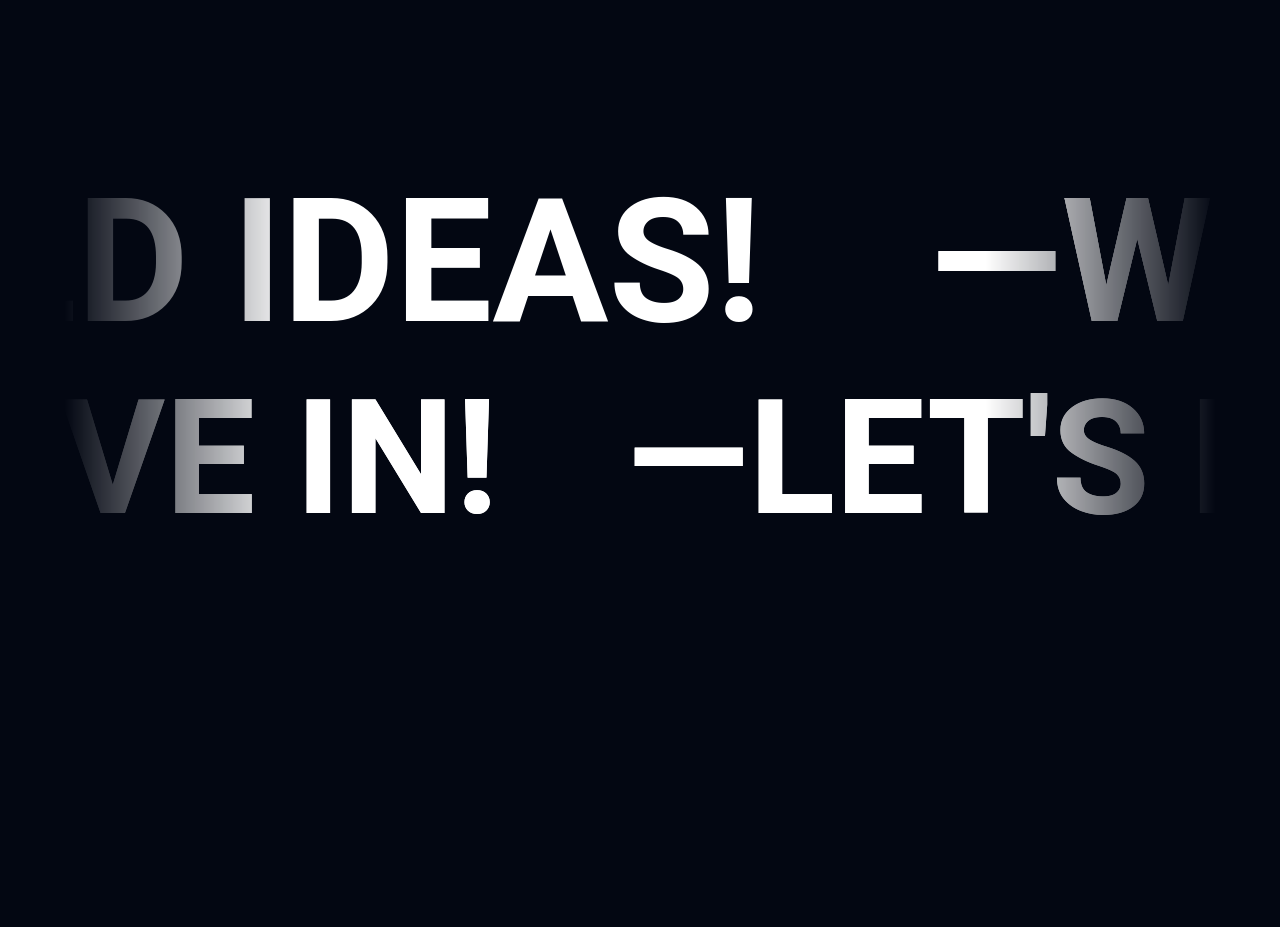
Repository: Anas-Ejaz/GBS-NEW
Page: Ahsan.html
An editor plug-in stored every save of this project. The page is shown before and after the next save, followed by the edit.
The browser window is 1280 px wide. The pictures show the part of the page from y = 0 to 927 px (the page is 2059 px tall).
A picture or video elsewhere on the page could not be fetched, so the positions and the page height are approximate. Some web fonts or font styles are not loaded; a fallback is used.

Above is the page before, as saved 2024-08-31 19:01:55.

After the next save:
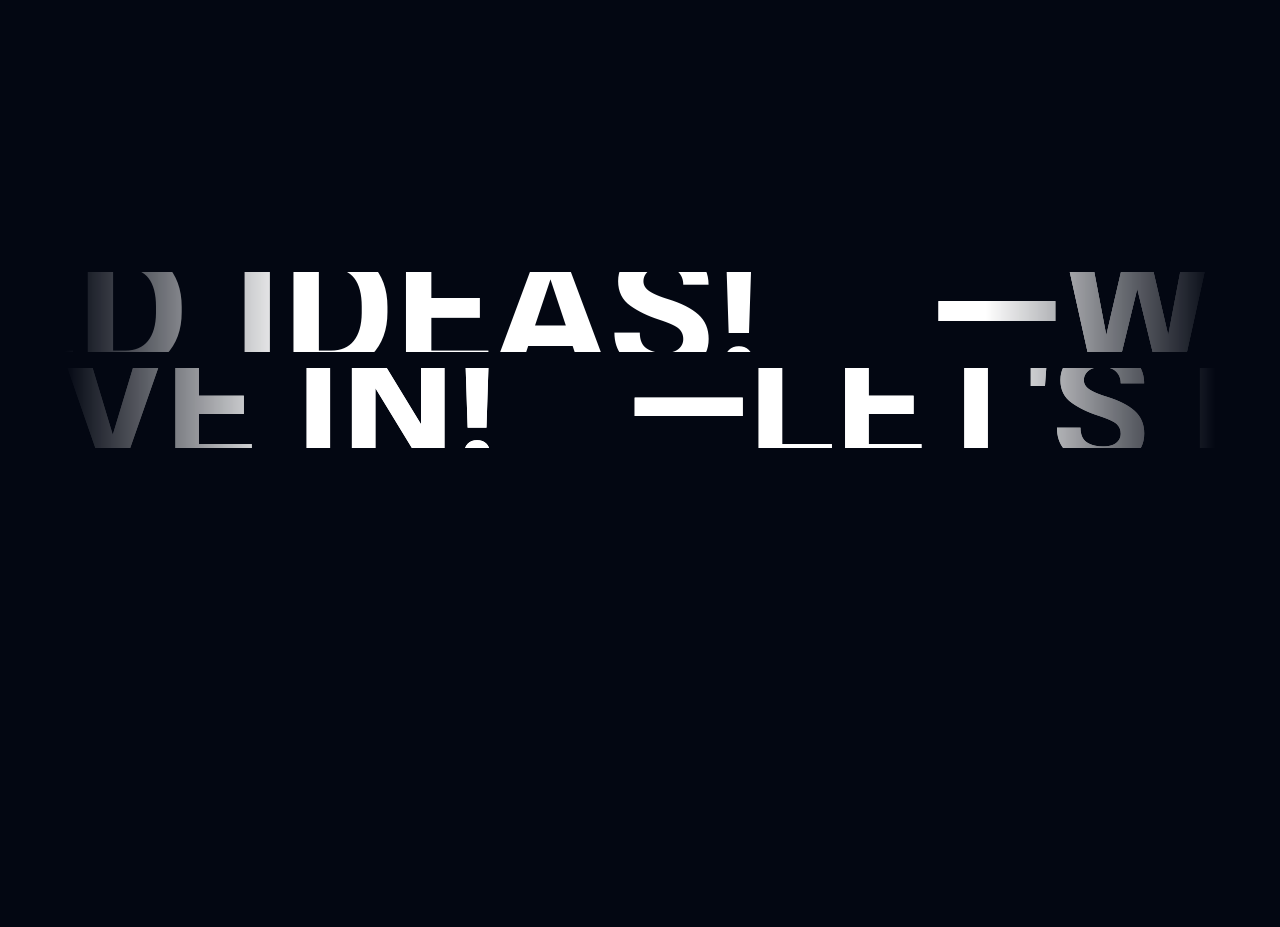
Saved 5 s later.
--- a/Ashan.css
+++ b/Ashan.css
@@ -120,7 +120,7 @@ body {
 @media (min-width:760px) {
 
   .wrapper{
-    height: 180px;
+    height: 80px;
   }
 
 }
